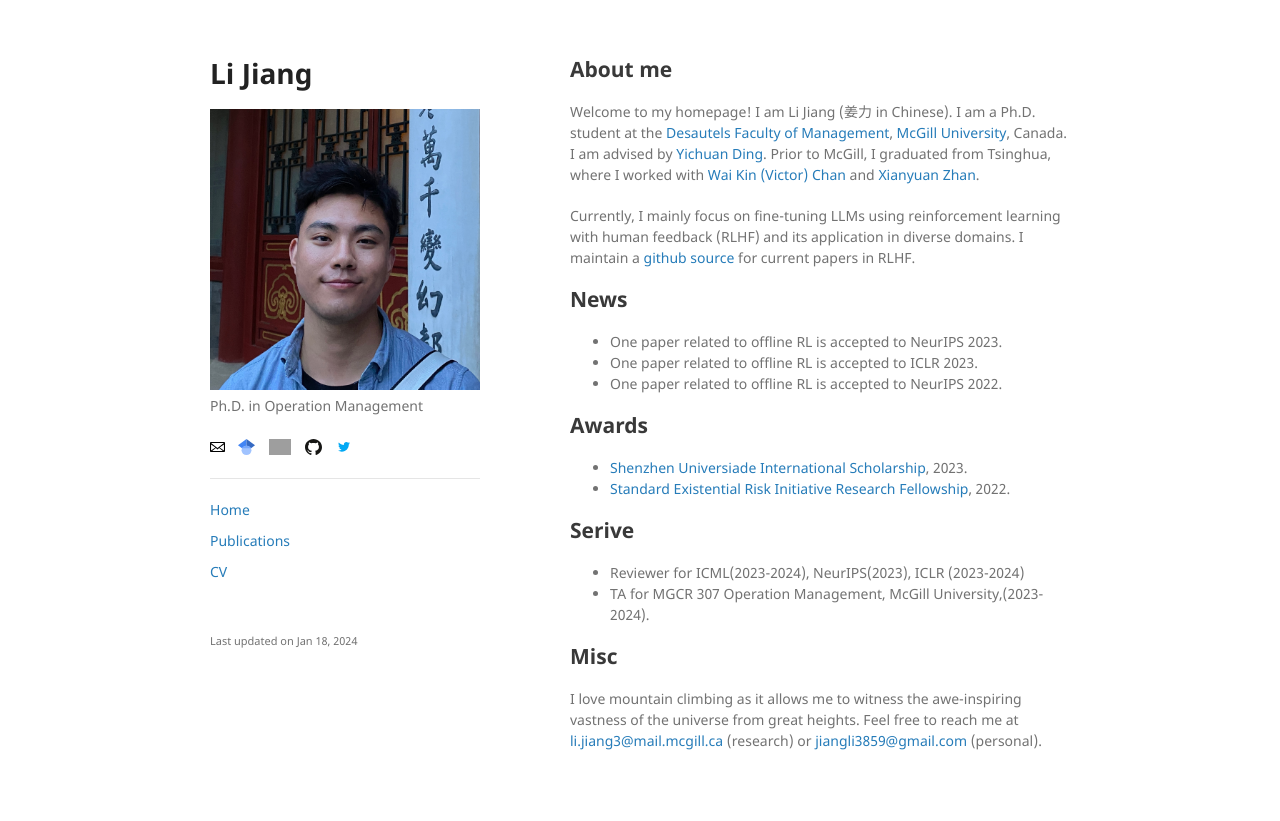
Repository: louieworth/louieworth.github.io
Page: index.html
These files come from the project's save history. The page is drawn as it stood at one moment and after the next save; the edit follows.
The browser window is 1280 px wide. The pictures show the whole page.
Pictures or frames that could not be fetched are drawn as grey boxes.

Above is the page before, as saved 2024-01-18 11:57:07.

### index.html
<!DOCTYPE html>
<html lang="en">
  <head>
	<meta name="generator" content="Hugo 0.101.0" />
    <meta charset="UTF-8">
    <meta http-equiv="X-UA-Compatible" content="IE=edge">
    <meta name="viewport" content="width=device-width, initial-scale=1">
    <title>Li Jiang | Homepage</title>
    <link rel="stylesheet" href="./css/style.css">

  </head>
  <body>
    <div class="wrapper">
      <header>
        <h1>Li Jiang</h1>



        <img src="./avatar.png" alt="Profile Photo" class="profile-image" />




        <p>Ph.D. in Operation Management</p>


        <div class="compact-sidebar">



        <p>
          <a href="mailto:li.jiang3@mail.mcgill.ca" target="_blank" rel="noopener noreferrer">
            <img src="./icons/mail-symbol.svg" class="octicons" alt="Google Scholar", style="margin-right: 10px;">
        </a>

          <a href="https://scholar.google.com/citations?user=eBZfztYAAAAJ&hl=zh-CN" target="_blank" rel="noopener noreferrer">
              <img src="./icons/Google_Scholar_symbol.svg" class="octicons" alt="Google Scholar", style="margin-right: 10px;">
          </a>

          <a href="https://www.linkedin.com/in/li-jiang-2014621b0/" target="_blank">
              <img src="./icons/linkedin.png" class="octicons" alt="LinkedIn", style="margin-right: 10px;">

          <a href="https://github.com/louieworth" target="_blank" rel="noopener noreferrer">
                <img src="./icons/github-symbol.svg" class="octicons" alt="Github", style="margin-right: 10px;">
            </a>

          <a href="https://twitter.com/louieworth" target="_blank" rel="noopener noreferrer">
              <img src="./icons/twitter_symbol.svg" class="octicons" alt="Twitter", style="margin-right: 10px;">
          </a>


        </p>












        </div>

		<hr/>
        <div class="compact-sidebar">



<p><a href="./">Home</a></p>

<p><a href="./publications/">Publications</a></p>

<p><a href="./personal/"></a></p>

<p><a href="./lijiang_cv.pdf" target="_blank">CV</a></p>
</div>

      </header>

<section>
    <h2 id="about-me">About me</h2>
<p>Welcome to my homepage! I am Li Jiang (姜力 in Chinese). I am a Ph.D. student at the <a href="https://www.mcgill.ca/desautels/">Desautels Faculty of Management</a>, <a href="https://www.mcgill.ca/">McGill University</a>, Canada.
I am advised by <a href="https://www.mcgill.ca/desautels/yichuan-daniel-ding">Yichuan Ding</a>. Prior to McGill, I graduated from Tsinghua, where I worked with <a href="https://www.sigs.tsinghua.edu.cn/cwj_en/main.htm">Wai Kin (Victor) Chan</a> and <a href="http://zhanxianyuan.xyz/">Xianyuan Zhan</a>.</p>
<p>Currently, I mainly focus on fine-tuning LLMs using reinforcement learning with human feedback (RLHF) and its application in diverse domains. I maintain a <a href="https://github.com/louieworth/awesome-rlhf">github source</a> for current papers in RLHF.</p>
<h2 id="news">News</h2>
<ul>
<li>One paper related to offline RL is accepted to NeurIPS 2023.</li>
<li>One paper related to offline RL is accepted to ICLR 2023.</li>
<li>One paper related to offline RL is accepted to NeurIPS 2022.</li>
</ul>
<h2 id="awards">Awards</h2>
<ul>
<li><a href="https://www.suisf.org.cn/index.htm">Shenzhen Universiade International Scholarship</a>, 2023.</li>
<li><a href="https://existence.org/">Standard Existential Risk Initiative Research Fellowship</a>, 2022.</li>
</ul>
<h2 id="serive">Serive</h2>
<ul>
<li>Reviewer for ICML(2023-2024), NeurIPS(2023), ICLR (2023-2024)</li>
<li>TA for MGCR 307 Operation Management, McGill University,(2023-2024).</li>
</ul>
<h2 id="misc">Misc</h2>
<p>I love mountain climbing as it allows me to witness the awe-inspiring vastness of the universe from great heights. Feel free to reach me at <a href="mailto:li.jiang3@mail.mcgill.ca">li.jiang3@mail.mcgill.ca</a> (research) or <a href="mailto:jiangli3859@gmail.com">jiangli3859@gmail.com</a> (personal).</p>

</section>
<footer>
    <p><small><br/>Last updated on Jan 18, 2024</small></p>
</footer>
</div>
<script src="./js/scale.fix.js"></script>
<script data-goatcounter="https://lijiang.goatcounter.com/count"
        async src="//gc.zgo.at/count.js"></script>
</body>
</html>

### css/style.css
@font-face {
  font-family: 'Noto Sans';
  font-weight: 400;
  font-style: normal;
  src: url("../fonts/Noto-Sans-regular/Noto-Sans-regular.eot");
  src: url("../fonts/Noto-Sans-regular/Noto-Sans-regular.eot?#iefix") format("embedded-opentype"), local("Noto Sans"), local("Noto-Sans-regular"), url("../fonts/Noto-Sans-regular/Noto-Sans-regular.woff2") format("woff2"), url("../fonts/Noto-Sans-regular/Noto-Sans-regular.woff") format("woff"), url("../fonts/Noto-Sans-regular/Noto-Sans-regular.ttf") format("truetype"), url("../fonts/Noto-Sans-regular/Noto-Sans-regular.svg#NotoSans") format("svg"); }
@font-face {
  font-family: 'Noto Sans';
  font-weight: 700;
  font-style: normal;
  src: url("../fonts/Noto-Sans-700/Noto-Sans-700.eot");
  src: url("../fonts/Noto-Sans-700/Noto-Sans-700.eot?#iefix") format("embedded-opentype"), local("Noto Sans Bold"), local("Noto-Sans-700"), url("../fonts/Noto-Sans-700/Noto-Sans-700.woff2") format("woff2"), url("../fonts/Noto-Sans-700/Noto-Sans-700.woff") format("woff"), url("../fonts/Noto-Sans-700/Noto-Sans-700.ttf") format("truetype"), url("../fonts/Noto-Sans-700/Noto-Sans-700.svg#NotoSans") format("svg"); }
@font-face {
  font-family: 'Noto Sans';
  font-weight: 400;
  font-style: italic;
  src: url("../fonts/Noto-Sans-italic/Noto-Sans-italic.eot");
  src: url("../fonts/Noto-Sans-italic/Noto-Sans-italic.eot?#iefix") format("embedded-opentype"), local("Noto Sans Italic"), local("Noto-Sans-italic"), url("../fonts/Noto-Sans-italic/Noto-Sans-italic.woff2") format("woff2"), url("../fonts/Noto-Sans-italic/Noto-Sans-italic.woff") format("woff"), url("../fonts/Noto-Sans-italic/Noto-Sans-italic.ttf") format("truetype"), url("../fonts/Noto-Sans-italic/Noto-Sans-italic.svg#NotoSans") format("svg"); }
@font-face {
  font-family: 'Noto Sans';
  font-weight: 700;
  font-style: italic;
  src: url("../fonts/Noto-Sans-700italic/Noto-Sans-700italic.eot");
  src: url("../fonts/Noto-Sans-700italic/Noto-Sans-700italic.eot?#iefix") format("embedded-opentype"), local("Noto Sans Bold Italic"), local("Noto-Sans-700italic"), url("../fonts/Noto-Sans-700italic/Noto-Sans-700italic.woff2") format("woff2"), url("../fonts/Noto-Sans-700italic/Noto-Sans-700italic.woff") format("woff"), url("../fonts/Noto-Sans-700italic/Noto-Sans-700italic.ttf") format("truetype"), url("../fonts/Noto-Sans-700italic/Noto-Sans-700italic.svg#NotoSans") format("svg"); }
.highlight table td {
  padding: 5px; }

.highlight table pre {
  margin: 0; }

.highlight .cm {
  color: #999988;
  font-style: italic; }

.highlight .cp {
  color: #999999;
  font-weight: bold; }

.highlight .c1 {
  color: #999988;
  font-style: italic; }

.highlight .cs {
  color: #999999;
  font-weight: bold;
  font-style: italic; }

.highlight .c, .highlight .cd {
  color: #999988;
  font-style: italic; }

.highlight .err {
  color: #a61717;
  background-color: #e3d2d2; }

.highlight .gd {
  color: #000000;
  background-color: #ffdddd; }

.highlight .ge {
  color: #000000;
  font-style: italic; }

.highlight .gr {
  color: #aa0000; }

.highlight .gh {
  color: #999999; }

.highlight .gi {
  color: #000000;
  background-color: #ddffdd; }

.highlight .go {
  color: #888888; }

.highlight .gp {
  color: #555555; }

.highlight .gs {
  font-weight: bold; }

.highlight .gu {
  color: #aaaaaa; }

.highlight .gt {
  color: #aa0000; }

.highlight .kc {
  color: #000000;
  font-weight: bold; }

.highlight .kd {
  color: #000000;
  font-weight: bold; }

.highlight .kn {
  color: #000000;
  font-weight: bold; }

.highlight .kp {
  color: #000000;
  font-weight: bold; }

.highlight .kr {
  color: #000000;
  font-weight: bold; }

.highlight .kt {
  color: #445588;
  font-weight: bold; }

.highlight .k, .highlight .kv {
  color: #000000;
  font-weight: bold; }

.highlight .mf {
  color: #009999; }

.highlight .mh {
  color: #009999; }

.highlight .il {
  color: #009999; }

.highlight .mi {
  color: #009999; }

.highlight .mo {
  color: #009999; }

.highlight .m, .highlight .mb, .highlight .mx {
  color: #009999; }

.highlight .sb {
  color: #d14; }

.highlight .sc {
  color: #d14; }

.highlight .sd {
  color: #d14; }

.highlight .s2 {
  color: #d14; }

.highlight .se {
  color: #d14; }

.highlight .sh {
  color: #d14; }

.highlight .si {
  color: #d14; }

.highlight .sx {
  color: #d14; }

.highlight .sr {
  color: #009926; }

.highlight .s1 {
  color: #d14; }

.highlight .ss {
  color: #990073; }

.highlight .s {
  color: #d14; }

.highlight .na {
  color: #008080; }

.highlight .bp {
  color: #999999; }

.highlight .nb {
  color: #0086B3; }

.highlight .nc {
  color: #445588;
  font-weight: bold; }

.highlight .no {
  color: #008080; }

.highlight .nd {
  color: #3c5d5d;
  font-weight: bold; }

.highlight .ni {
  color: #800080; }

.highlight .ne {
  color: #990000;
  font-weight: bold; }

.highlight .nf {
  color: #990000;
  font-weight: bold; }

.highlight .nl {
  color: #990000;
  font-weight: bold; }

.highlight .nn {
  color: #555555; }

.highlight .nt {
  color: #000080; }

.highlight .vc {
  color: #008080; }

.highlight .vg {
  color: #008080; }

.highlight .vi {
  color: #008080; }

.highlight .nv {
  color: #008080; }

.highlight .ow {
  color: #000000;
  font-weight: bold; }

.highlight .o {
  color: #000000;
  font-weight: bold; }

.highlight .w {
  color: #bbbbbb; }

.highlight {
  background-color: #f8f8f8; }

body {
  background-color: #fff;
  padding: 50px;
  font: 14px/1.5 "Noto Sans", "Helvetica Neue", Helvetica, Arial, sans-serif;
  color: #727272;
  font-weight: 400; }

h1, h2, h3, h4, h5, h6 {
  color: #222;
  margin: 0 0 20px; }

p, ul, ol, table, pre, dl {
  margin: 0 0 20px; }

.compact-sidebar p {
  margin: 0 0 10px; }

.compact-sidebar p:last-of-type {
  margin: 0 0 20px; }

p img.octicons {
  display: inline-flex;
  align-self: center;
  position: relative;
  height: 1.2em;
  bottom: -0.16em; }

.pgp-fingerprint span:first-child {
  padding-left: 0; }

.pgp-fingerprint span {
  padding-left: 5px; }

h1, h2, h3 {
  line-height: 1.1; }

h1 {
  font-size: 28px; }

h2 {
  color: #393939; }

h3, h4, h5, h6 {
  color: #494949; }

a {
  color: #267CB9;
  text-decoration: none; }

a:hover, a:focus {
  color: #046; }

a small {
  font-size: 11px;
  color: #777;
  margin-top: -0.3em;
  display: block; }

a:hover small {
  color: #777; }

.wrapper {
  width: 860px;
  margin: 0 auto; }

blockquote {
  border-left: 1px solid #e5e5e5;
  margin: 0;
  padding: 0 0 0 20px;
  font-style: italic; }

code, pre {
  font-family: Monaco, Bitstream Vera Sans Mono, Lucida Console, Terminal, Consolas, Liberation Mono, DejaVu Sans Mono, Courier New, monospace;
  color: #333; }

pre {
  padding: 8px 15px;
  background: #f8f8f8;
  border-radius: 5px;
  border: 1px solid #e5e5e5;
  overflow-x: auto; }

table {
  width: 100%;
  border-collapse: collapse; }

th, td {
  text-align: left;
  padding: 5px 10px;
  border-bottom: 1px solid #e5e5e5; }

dt {
  color: #444;
  font-weight: 700; }

th {
  color: #444; }

img {
  max-width: 100%; }

header {
  width: 270px;
  float: left;
  position: fixed;
  -webkit-font-smoothing: subpixel-antialiased; }

header ul {
  list-style: none;
  height: 40px;
  padding: 0;
  background: #f4f4f4;
  border-radius: 5px;
  border: 1px solid #e0e0e0;
  width: 270px; }

header li {
  width: 89px;
  float: left;
  border-right: 1px solid #e0e0e0;
  height: 40px; }

header li:first-child a {
  border-radius: 5px 0 0 5px; }

header li:last-child a {
  border-radius: 0 5px 5px 0; }

header ul a {
  line-height: 1;
  font-size: 11px;
  color: #676767;
  display: block;
  text-align: center;
  padding-top: 6px;
  height: 34px; }

header ul a:hover, header ul a:focus {
  color: #675C5C;
  font-weight: bold; }

header ul a:active {
  background-color: #f0f0f0; }

strong {
  color: #222;
  font-weight: 700; }

header ul li + li + li {
  border-right: none;
  width: 89px; }

header ul a strong {
  font-size: 14px;
  display: block;
  color: #222; }

section {
  width: 500px;
  float: right;
  padding-bottom: 50px; }

small {
  font-size: 11px; }

hr {
  border: 0;
  background: #e5e5e5;
  height: 1px;
  margin: 0 0 20px; }

footer {
  width: 270px;
  float: left;
  position: fixed;
  bottom: 50px;
  -webkit-font-smoothing: subpixel-antialiased; }

@media print, screen and (max-width: 960px) {
  div.wrapper {
    width: auto;
    margin: 0; }

  header, section, footer {
    float: none;
    position: static;
    width: auto; }

  header {
    padding-right: 320px; }

  section {
    border: 1px solid #e5e5e5;
    border-width: 1px 0;
    padding: 20px 0;
    margin: 0 0 20px; }

  header a small {
    display: inline; }

  header ul {
    position: absolute;
    right: 50px;
    top: 52px; } }
@media print, screen and (max-width: 720px) {
  body {
    word-wrap: break-word; }

  header {
    padding: 0; }

  header ul, header p.view {
    position: static; }

  pre, code {
    word-wrap: normal; } }
@media print, screen and (max-width: 480px) {
  body {
    padding: 15px; }

  header ul {
    width: 99%; }

  header li, header ul li + li + li {
    width: 33%; } }
@media print {
  body {
    padding: 0.4in;
    font-size: 12pt;
    color: #444; } }

### js/scale.fix.js
(function(document) {
    var metas = document.getElementsByTagName('meta'),
        changeViewportContent = function(content) {
            for (var i = 0; i < metas.length; i++) {
                if (metas[i].name == "viewport") {
                    metas[i].content = content;
                }
            }
        },
        initialize = function() {
            changeViewportContent("width=device-width, minimum-scale=1.0, maximum-scale=1.0");
        },
        gestureStart = function() {
            changeViewportContent("width=device-width, minimum-scale=0.25, maximum-scale=1.6");
        },
        gestureEnd = function() {
            initialize();
        };


    if (navigator.userAgent.match(/iPhone/i)) {
        initialize();

        document.addEventListener("touchstart", gestureStart, false);
        document.addEventListener("touchend", gestureEnd, false);
    }
})(document);

After the next save:
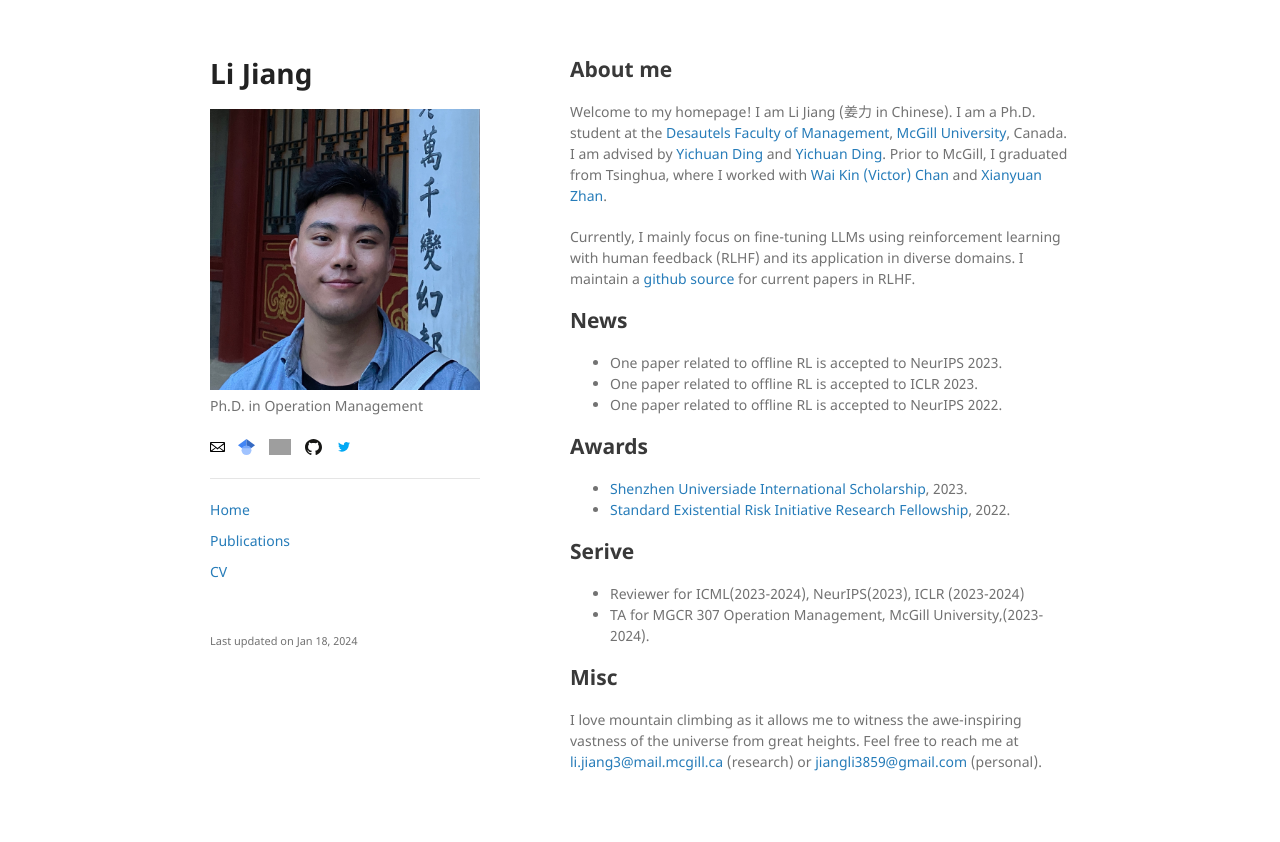
Saved 83 days later.
--- a/index.html
+++ b/index.html
@@ -83,7 +83,7 @@
 <section>
     <h2 id="about-me">About me</h2>
 <p>Welcome to my homepage! I am Li Jiang (姜力 in Chinese). I am a Ph.D. student at the <a href="https://www.mcgill.ca/desautels/">Desautels Faculty of Management</a>, <a href="https://www.mcgill.ca/">McGill University</a>, Canada.
-I am advised by <a href="https://www.mcgill.ca/desautels/yichuan-daniel-ding">Yichuan Ding</a>. Prior to McGill, I graduated from Tsinghua, where I worked with <a href="https://www.sigs.tsinghua.edu.cn/cwj_en/main.htm">Wai Kin (Victor) Chan</a> and <a href="http://zhanxianyuan.xyz/">Xianyuan Zhan</a>.</p>
+I am advised by <a href="https://www.mcgill.ca/desautels/yichuan-daniel-ding">Yichuan Ding</a> and <a href="https://www.mcgill.ca/desautels/yichuan-daniel-ding">Yichuan Ding</a>. Prior to McGill, I graduated from Tsinghua, where I worked with <a href="https://www.sigs.tsinghua.edu.cn/cwj_en/main.htm">Wai Kin (Victor) Chan</a> and <a href="http://zhanxianyuan.xyz/">Xianyuan Zhan</a>.</p>
 <p>Currently, I mainly focus on fine-tuning LLMs using reinforcement learning with human feedback (RLHF) and its application in diverse domains. I maintain a <a href="https://github.com/louieworth/awesome-rlhf">github source</a> for current papers in RLHF.</p>
 <h2 id="news">News</h2>
 <ul>
